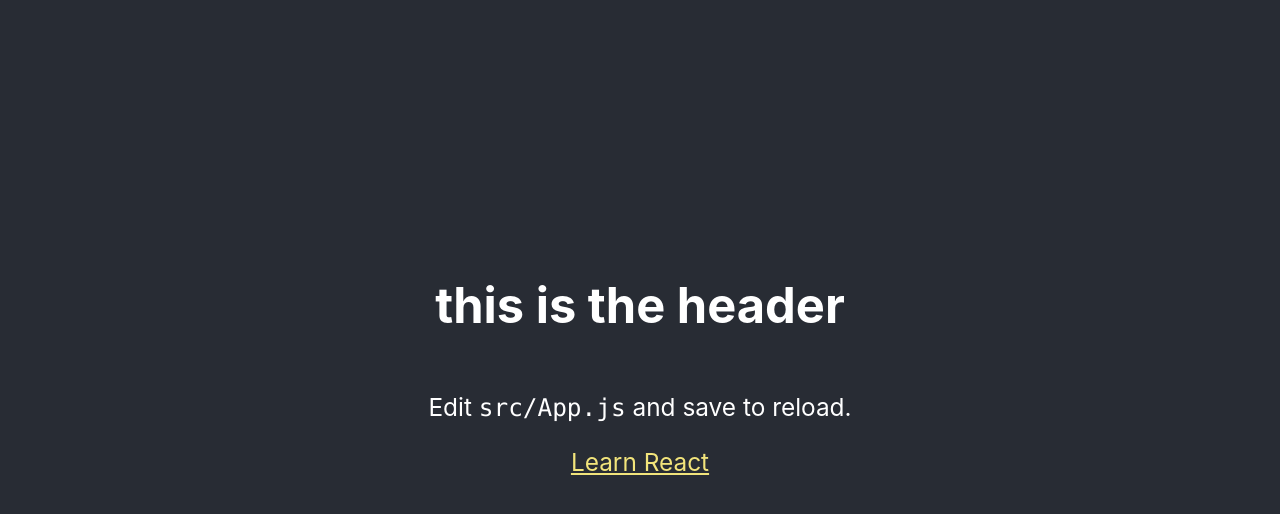
Repository: EyanIngles/AR
Page: /
An editor plug-in stored every save of this project. The page is shown before and after the next save, followed by the edit.
The browser window is 1280 px wide. The pictures show the whole page.
The project was rebuilt for these pictures with package versions that can differ from the ones it lists, and the page was loaded fresh each time.

Above is the page before, as saved 2024-05-28 17:45:36.

After the next save:
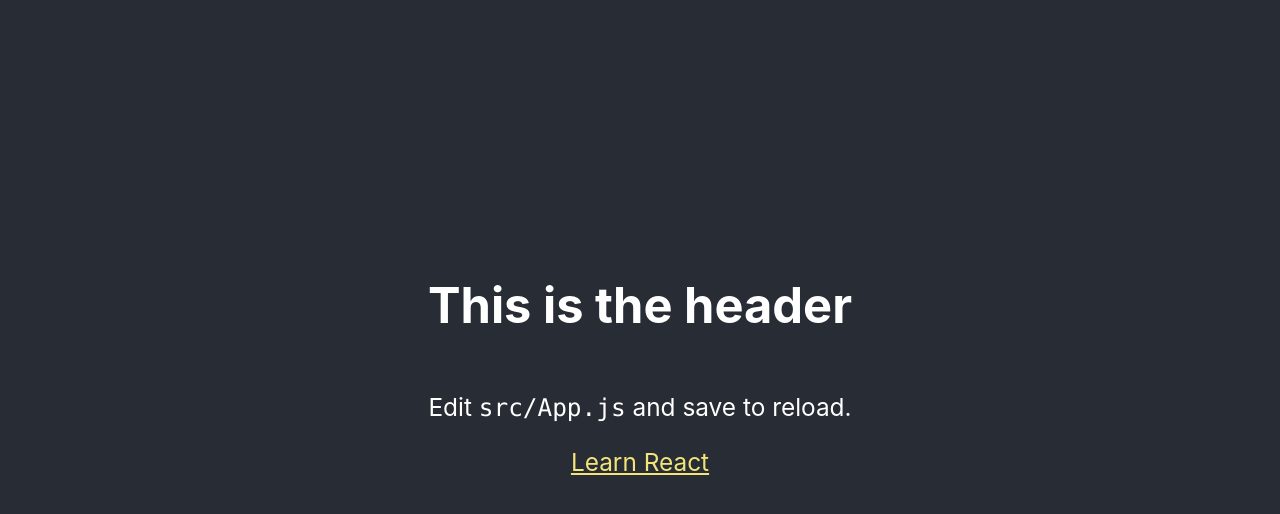
Saved 4 s later.
--- a/src/App.js
+++ b/src/App.js
@@ -5,7 +5,7 @@ function App() {
   return (
     <div className="App">
       <header className="App-header">
-        <h1>this is the header</h1>
+        <h1>This is the header</h1>
         <p>
           Edit <code>src/App.js</code> and save to reload.
         </p>
